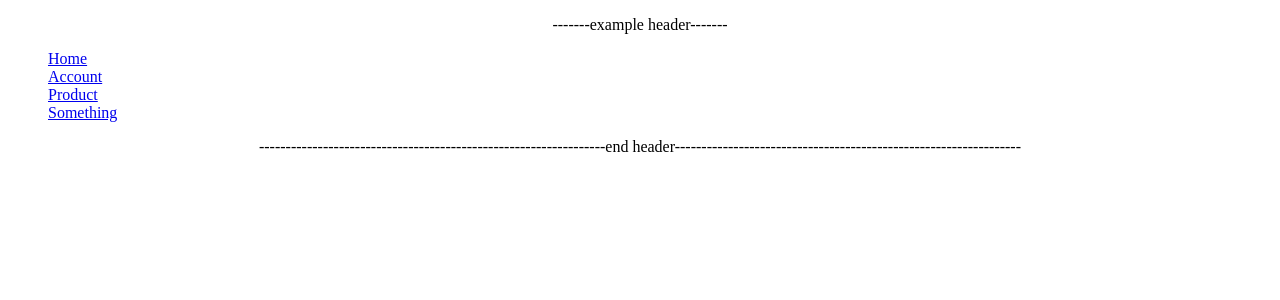
Repository: pffdota04/cuahang
Page: http://localhost/CuaHang/Views/Admin/commom/header.jsp
The author's editor kept a copy of each file at every save. The page is drawn from the files as they stood at one save, then again after the next save.
The browser window is 1280 px wide. The pictures show the whole page.
The page is served by Tomcat 9.

Above is the page before, as saved 2020-11-11 04:54:09.

After the next save:
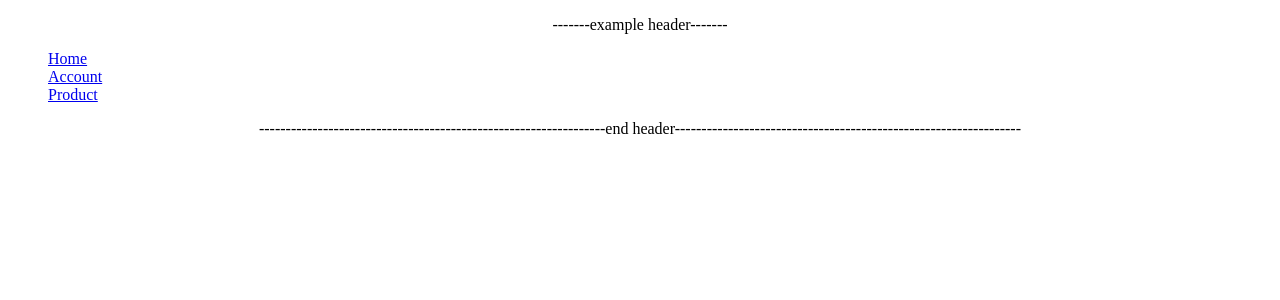
Saved 29 s later.
--- a/CuaHang/WebContent/Views/Admin/commom/header.jsp
+++ b/CuaHang/WebContent/Views/Admin/commom/header.jsp
@@ -19,7 +19,6 @@
 		<li><a href="/CuaHang/Views/Admin/container/home.jsp">Home</a></li>
 		<li><a href="/CuaHang/Views/Admin/container/account.jsp">Account</a></li>
 		<li><a href="/CuaHang/Views/Admin/container/product.jsp">Product</a></li>
-		<li><a href="#">Something</a></li>
 	</ul>
 	<div class="clearfix"></div>
 	<p style="text-align: center;">-----------------------------------------------------------------end header-----------------------------------------------------------------</p>
